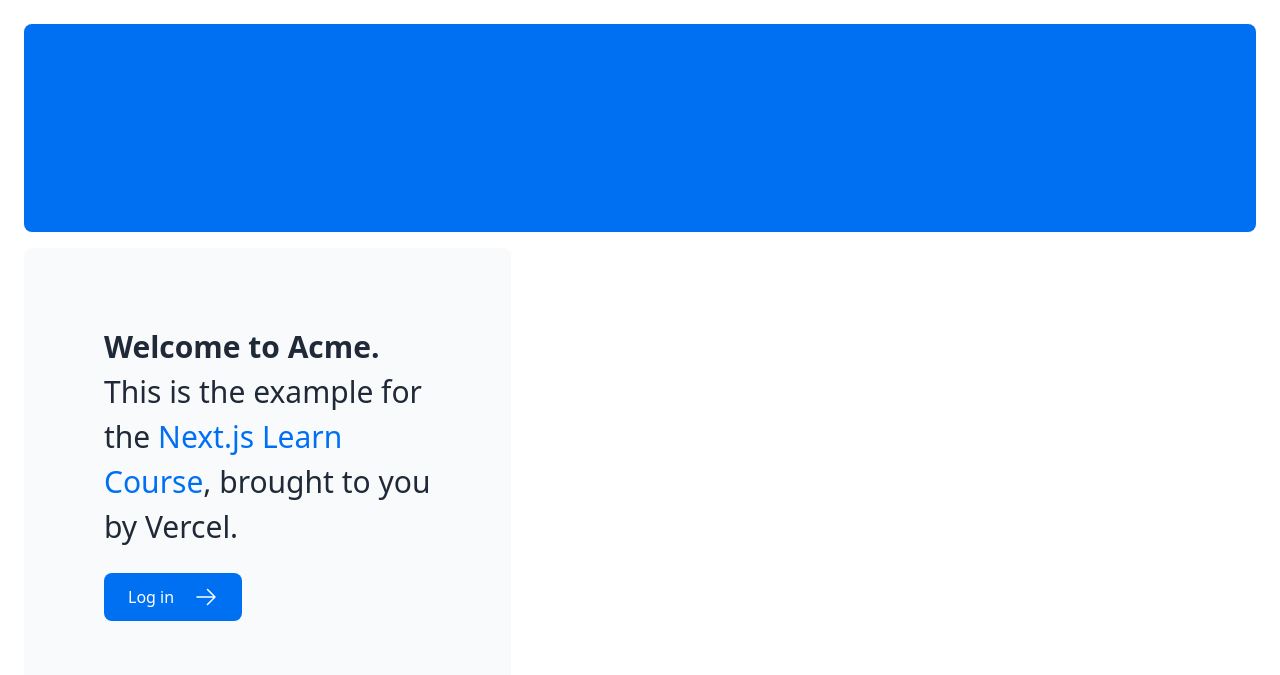
Repository: ShifanaFacts/NextjsTest1
Page: /
An editor plug-in stored every save of this project. The page is shown before and after the next save, followed by the edit.
The browser window is 1280 px wide. The pictures show the whole page.
The project was rebuilt for these pictures with package versions that can differ from the ones it lists, and the page was loaded fresh each time. The framework's server and built-in components were replaced by stand-ins that run in the browser. Also part of the build but not shown: next.config.js.

Above is the page before, as saved 2023-11-07 15:53:37.

After the next save:
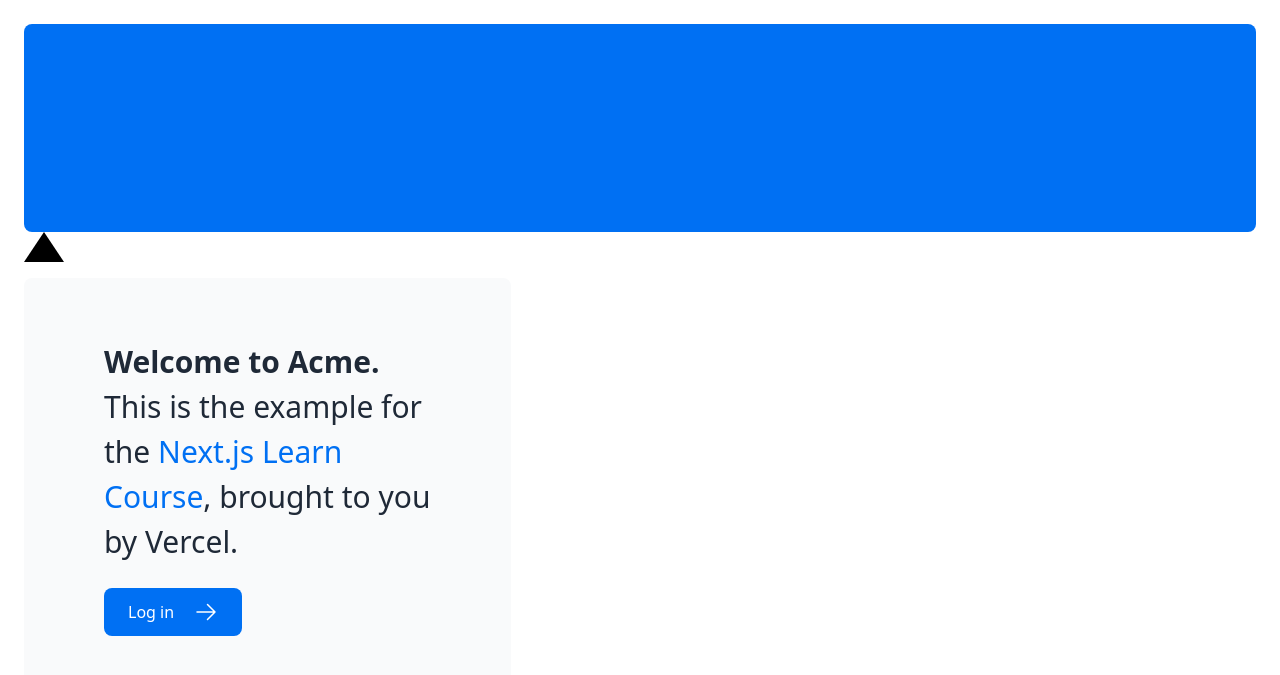
Saved 33 s later.
--- a/app/page.tsx
+++ b/app/page.tsx
@@ -7,7 +7,9 @@
     <main className="flex min-h-screen flex-col p-6">
       <div className="flex h-20 shrink-0 items-end rounded-lg bg-blue-500 p-4 md:h-52">
         {/* <AcmeLogo /> */}
-      </div>
+      </div><div
+  className="h-0 w-0 border-b-[30px] border-l-[20px] border-r-[20px] border-b-black border-l-transparent border-r-transparent"
+/>
       <div className="mt-4 flex grow flex-col gap-4 md:flex-row">
         <div className="flex flex-col justify-center gap-6 rounded-lg bg-gray-50 px-6 py-10 md:w-2/5 md:px-20">
 
